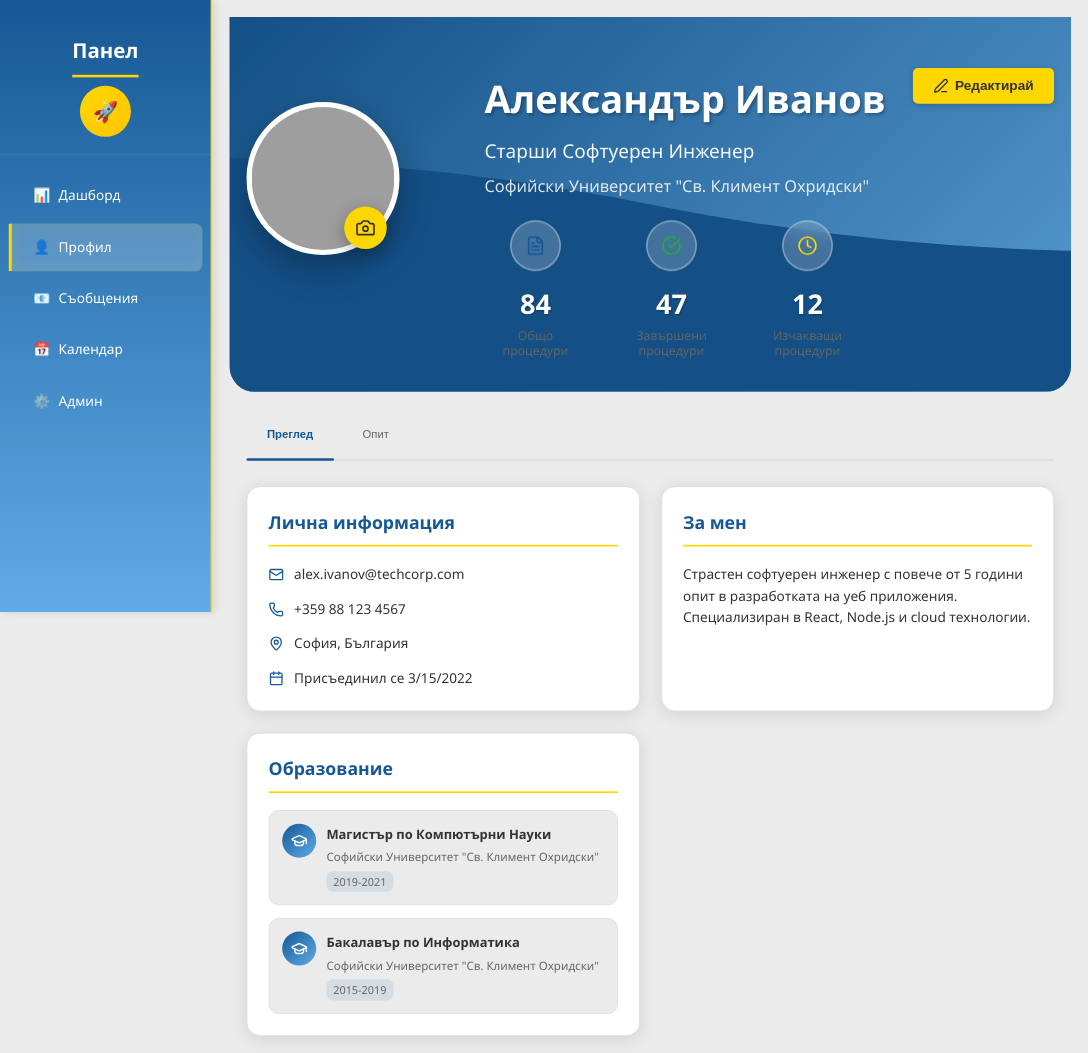
Repository: BorisSavianov/doxa-frontend
Page: /profile
An editor plug-in stored every save of this project. The page is shown before and after the next save, followed by the edit.
The browser window is 1280 px wide. The pictures show the whole page, at 85% of full size.
Pictures or frames that could not be fetched are drawn as grey boxes. The project was rebuilt for these pictures with package versions that can differ from the ones it lists, and the page was loaded fresh each time. Also part of the build but not shown: vite.config.js, src/components/Layout/Header.jsx, src/components/Charts/SimpleChart.jsx, src/pages/Dashboard.jsx, src/pages/Inbox.css, src/pages/Inbox.jsx, src/pages/Calendar.css, src/pages/Calendar.jsx and 1 more.

Above is the page before, as saved 2025-10-24 14:05:33.

After the next save:
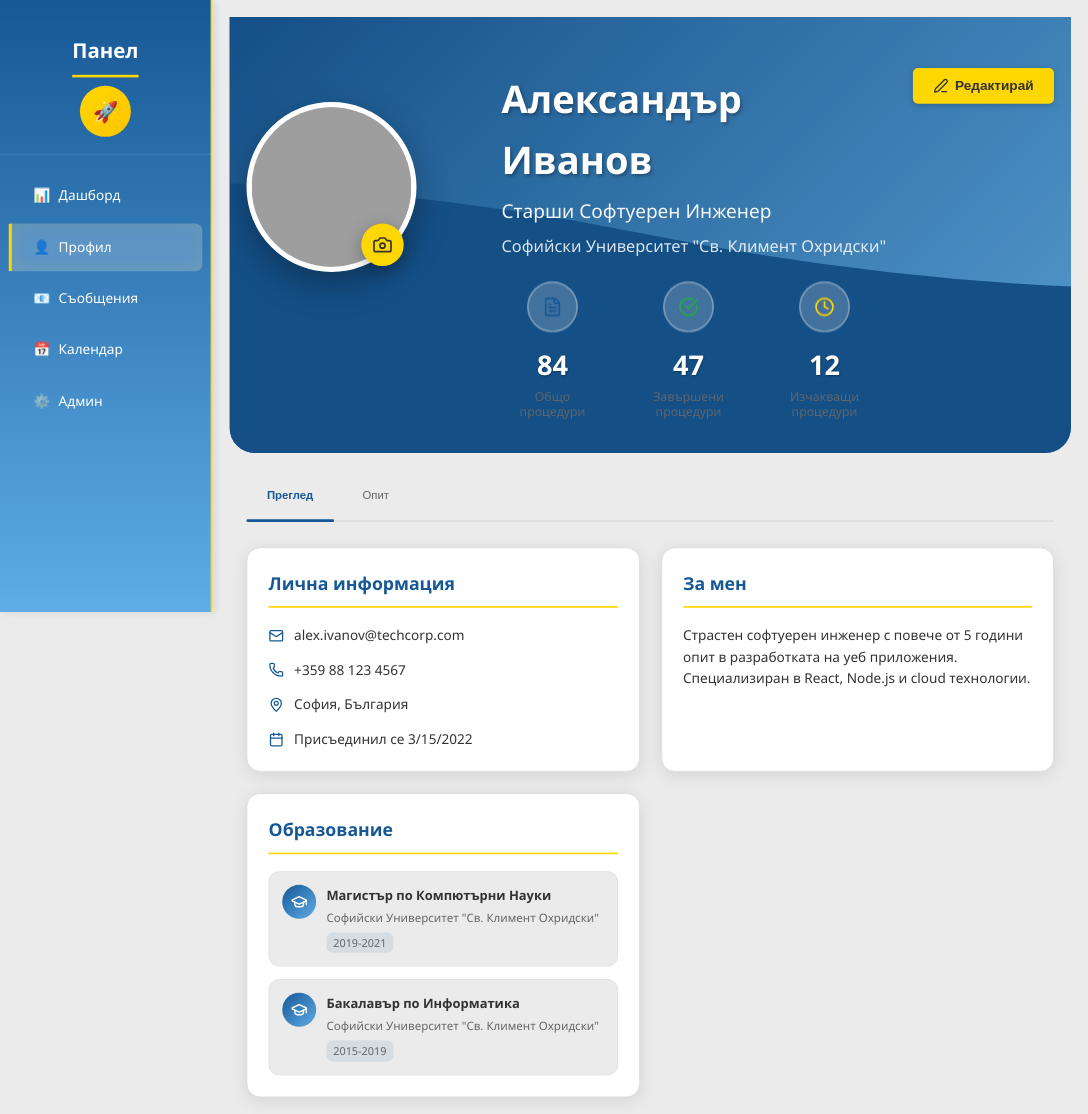
Saved 18 s later.
--- a/src/pages/Profile.css
+++ b/src/pages/Profile.css
@@ -58,8 +58,8 @@
 }
 
 .large-profile-avatar {
-  width: 180px;
-  height: 180px;
+  width: 200px;
+  height: 200px;
   border-radius: 50%;
   border: 6px solid white;
   background: var(--surface);
